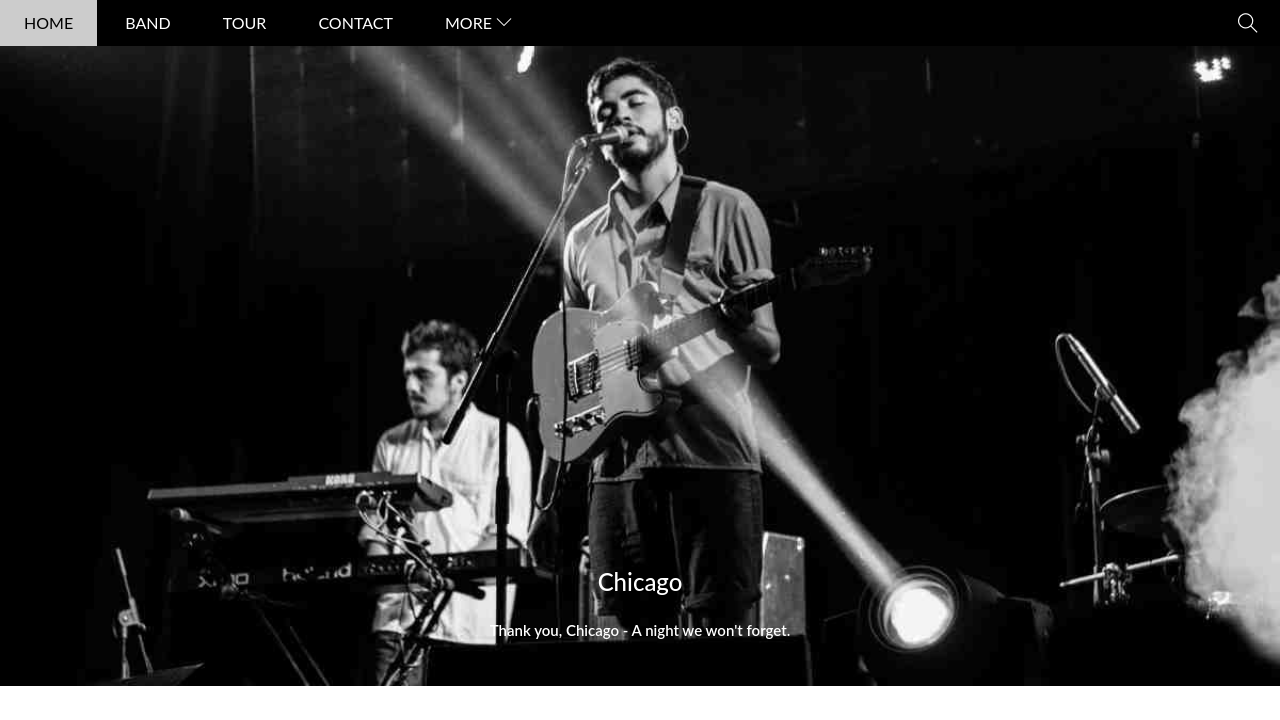
Repository: tatvanhco/web-dau-tay
Page: index.html
The author's editor kept a copy of each file at every save. The page is drawn from the files as they stood at one save, then again after the next save.
The browser window is 1280 px wide. The pictures show the window.
A layer covers the whole window, so only the first screen is drawn.

Above is the page before, as saved 2022-01-24 16:41:26.

After the next save:
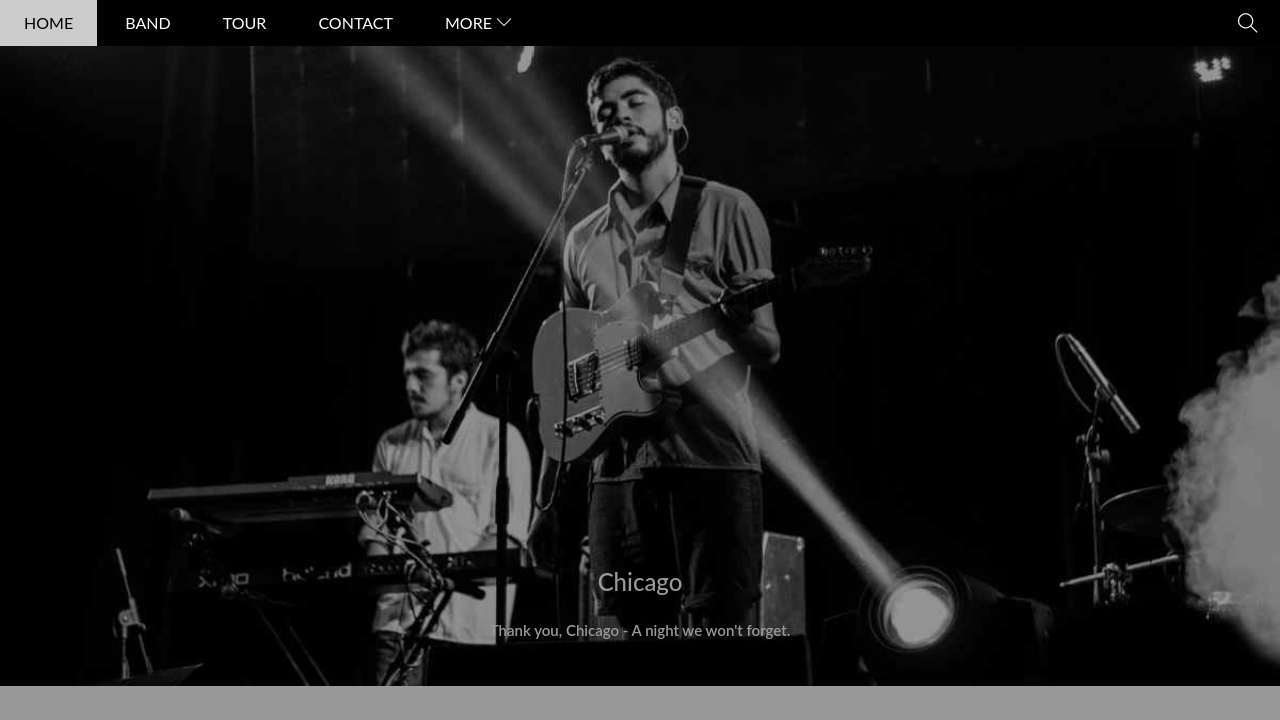
Saved 41 s later.
--- a/assets/css/style.css
+++ b/assets/css/style.css
@@ -370,5 +370,5 @@ html {
     bottom: 0;
     left: 0;
     right: 0;
-
-}
+    background-color: rgba(0, 0, 0, 0.4);
+}
